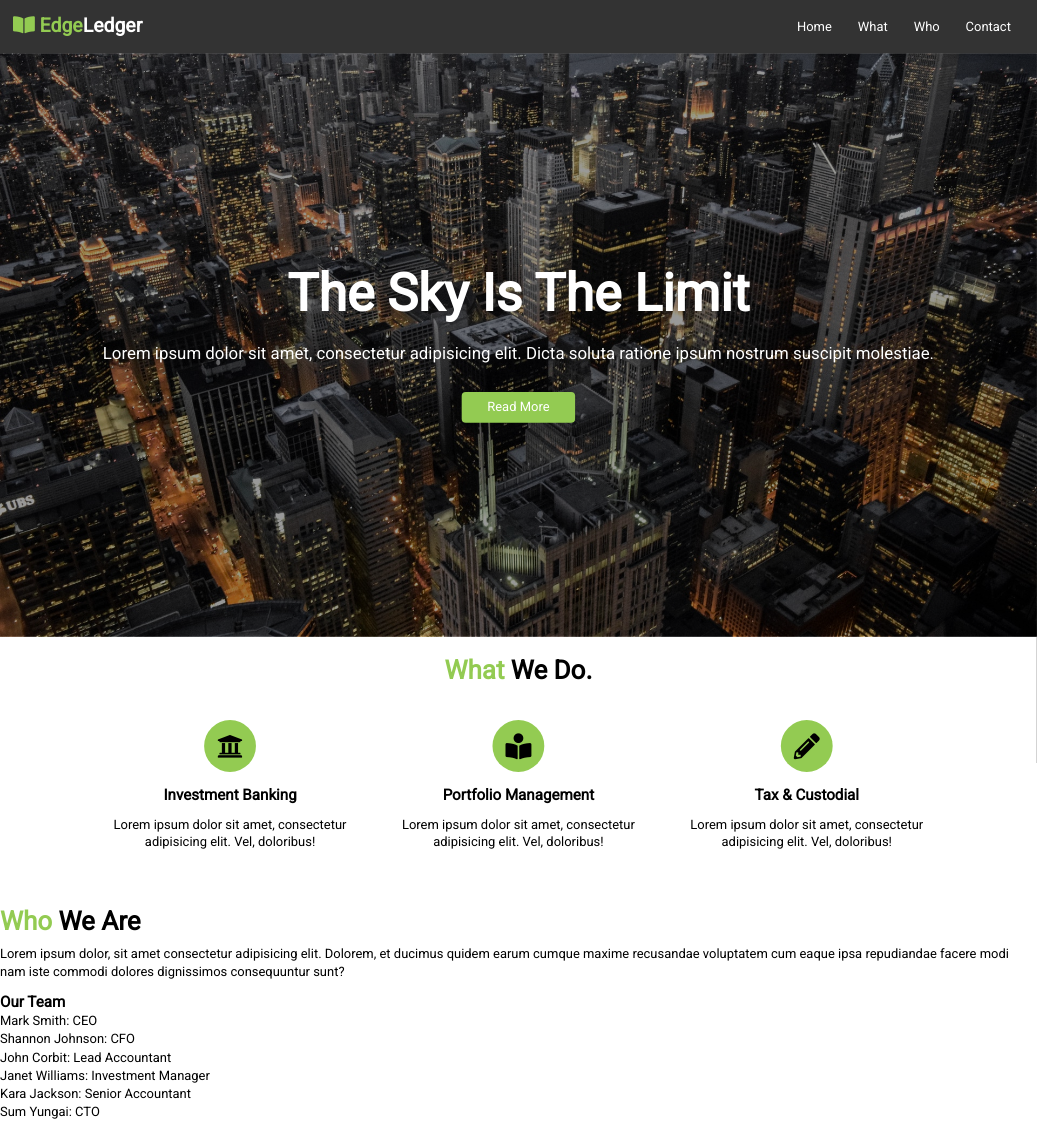
Repository: dimlutine/EdgeLedger
Page: index.html
These files come from the project's save history. The page is drawn as it stood at one moment and after the next save; the edit follows.
The browser window is 1280 px wide. The pictures show the whole page, at 81% of full size.
Some web libraries are served in a nearby version.

Above is the page before, as saved 2019-07-06 20:32:53.

After the next save:
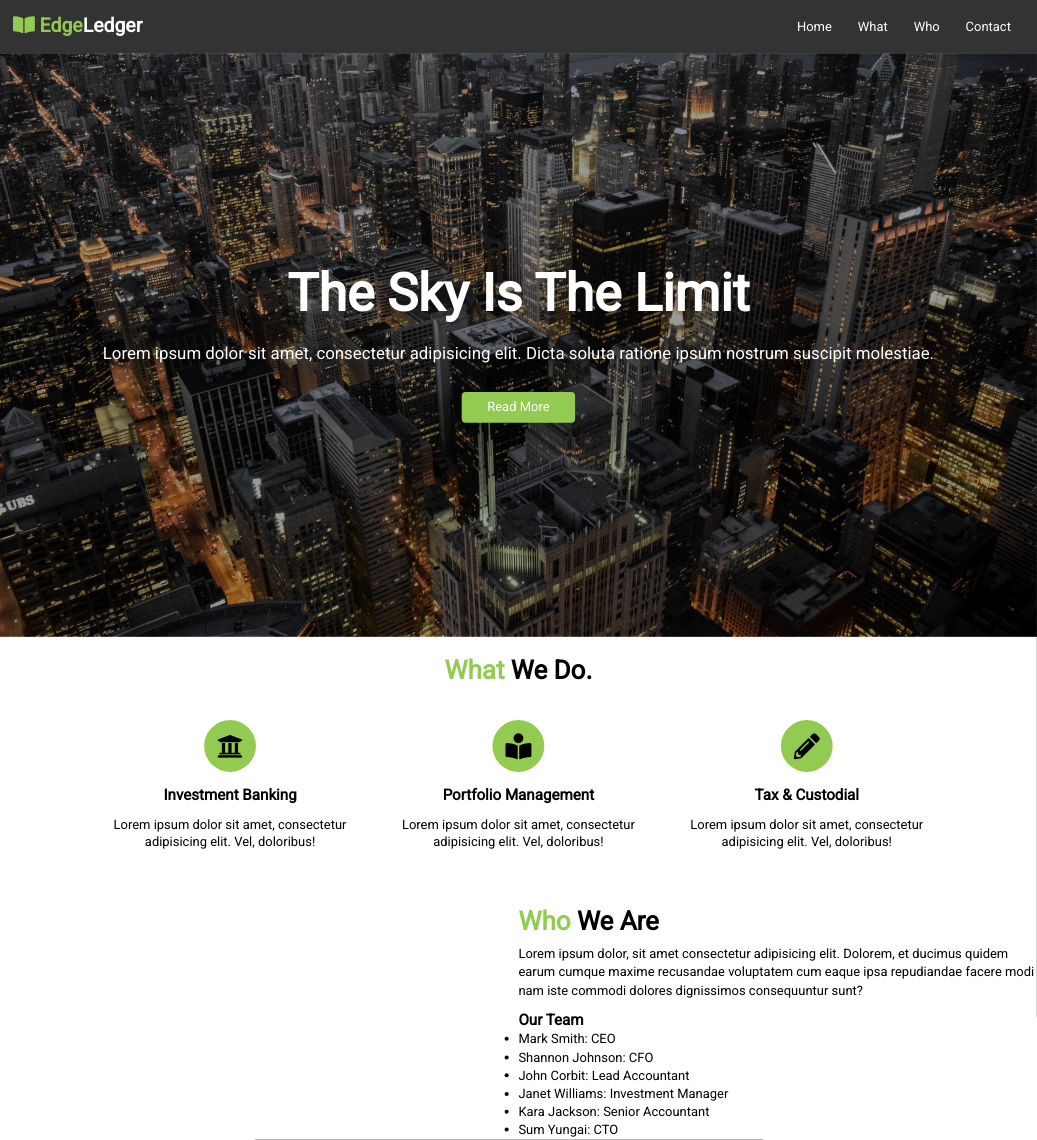
Saved 69 s later.
--- a/css/style.css
+++ b/css/style.css
@@ -159,3 +159,14 @@
     border-radius: 50%;
     margin-bottom: 1rem;
 }
+
+
+/* Section: Who We Are */
+
+#who {
+    display: flex;
+}
+
+#who div {
+    flex: 1;
+}
